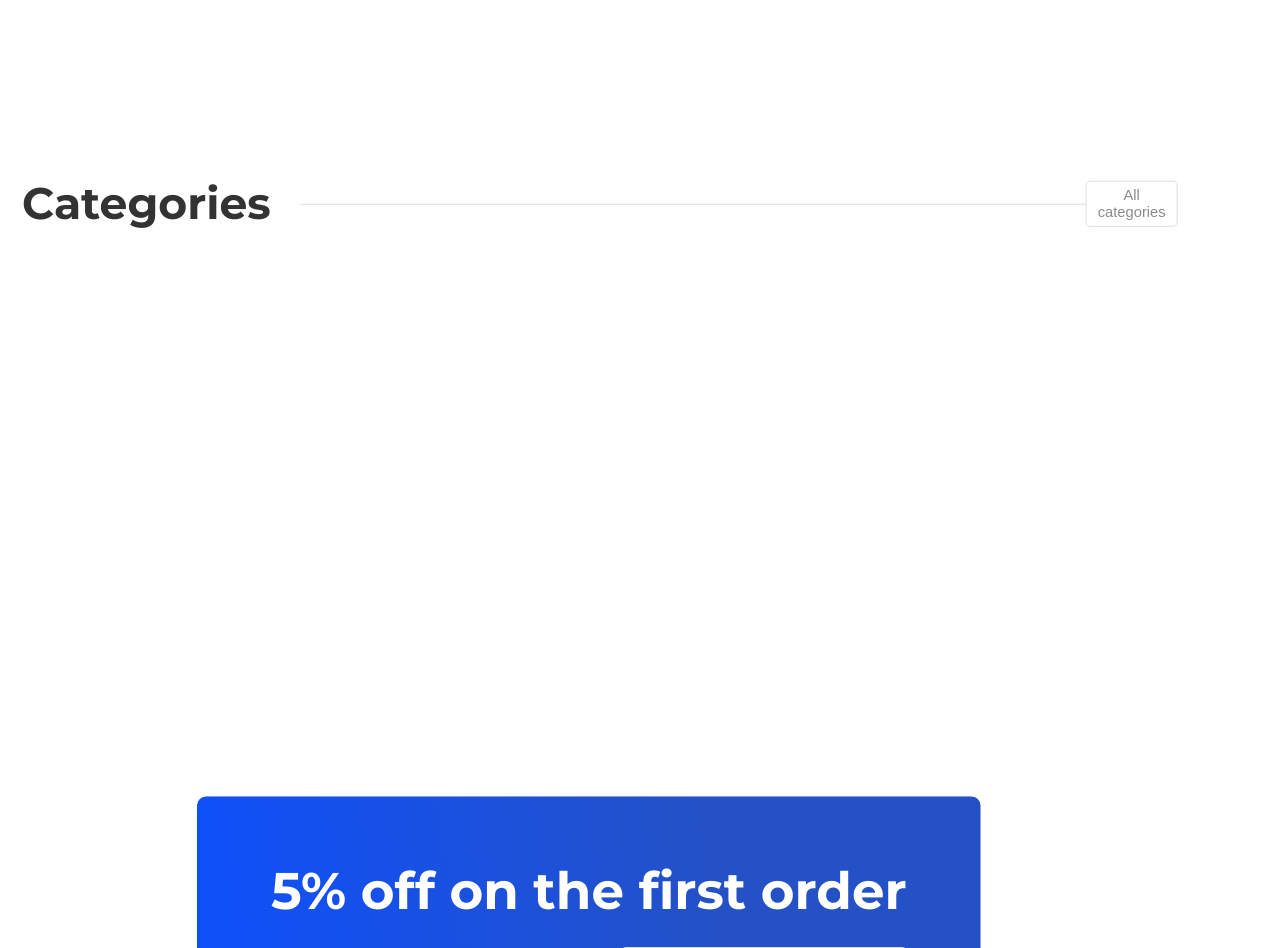
Repository: jursylian/PET-INTERNET-SHOP-PROJECT
Page: /
These files come from the project's save history. The page is drawn as it stood at one moment and after the next save; the edit follows.
The browser window is 1280 px wide. The page is 1280 px wide, then 1395 px, so the pictures cover 1395 px, including what lies to the right of the window. The pictures show the part of the page from y = 768 to 1798 px (the page is 3908 px tall before and 4026 px after), at 92% of full size.
Pictures or frames that could not be fetched are drawn as grey boxes. The page's requests for data from a server got no answer. The project was rebuilt for these pictures with package versions that can differ from the ones it lists, and the page was loaded fresh each time. No one was signed in, and anything a server would have sent is missing. Also part of the build but not shown: vite.config.js, src/pages/CategoriesAll/CategoriesAll.module.css, src/layouts/PageSection/PageSection.module.css, src/layouts/PageSection/PageSection.jsx, src/pages/CategoriesAll/CategoriesAll.jsx, src/pages/AllProducts/AllProducts.module.css, src/redux/productsSelectors.js, src/components/ProductFilter/ProductFilter.module.css and 22 more.

Above is the page before, as saved 2025-11-06 12:46:00.

After the next save:
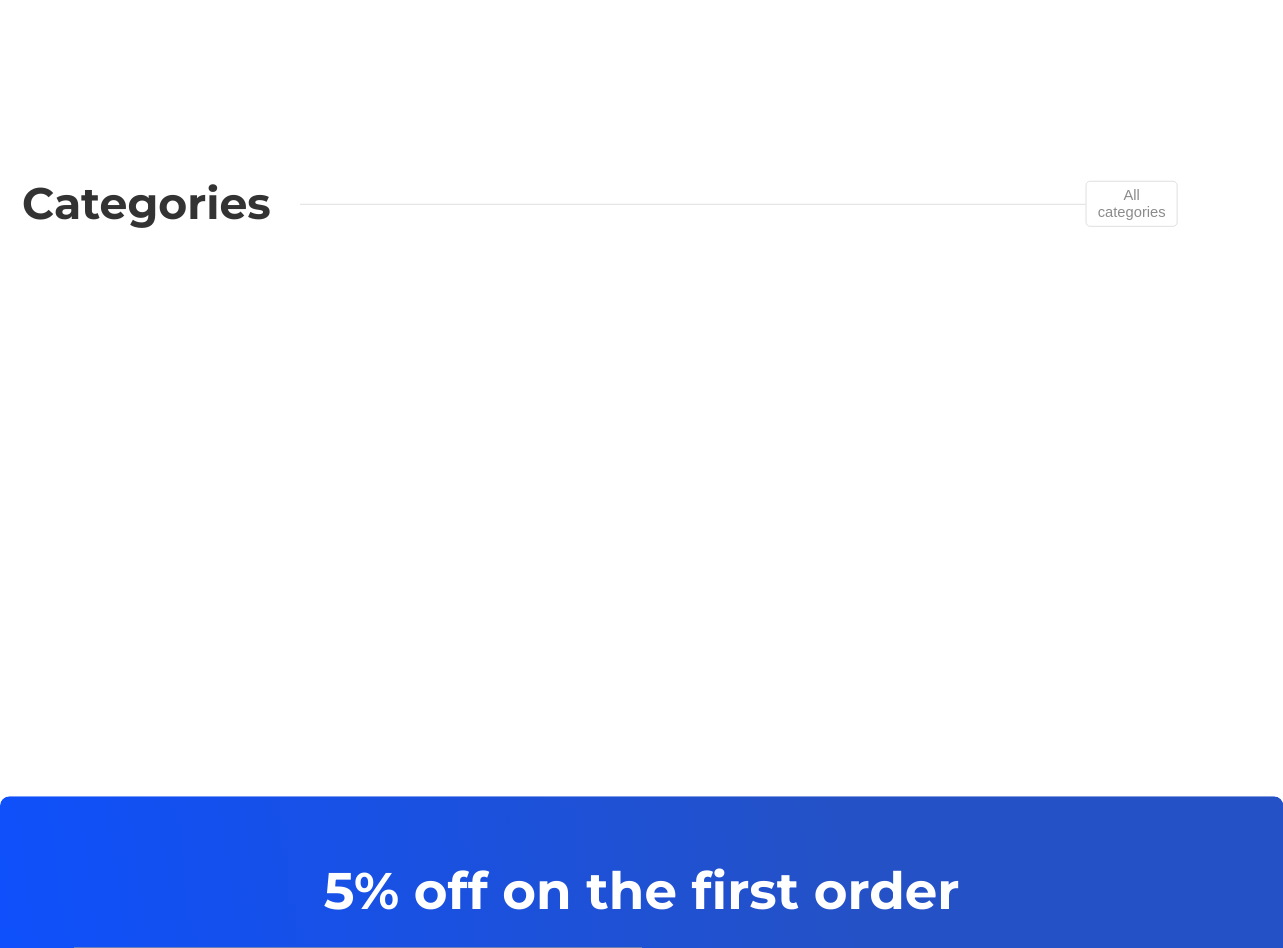
Saved 12 s later.
--- a/src/components/DiscountForm/DiscountForm.module.css
+++ b/src/components/DiscountForm/DiscountForm.module.css
@@ -1,5 +1,5 @@
 .wrapper {
-  max-width: 1395px;
+  min-width: 1395px;
   margin: 40px auto;
   border-radius: 10px;
   overflow: hidden;
